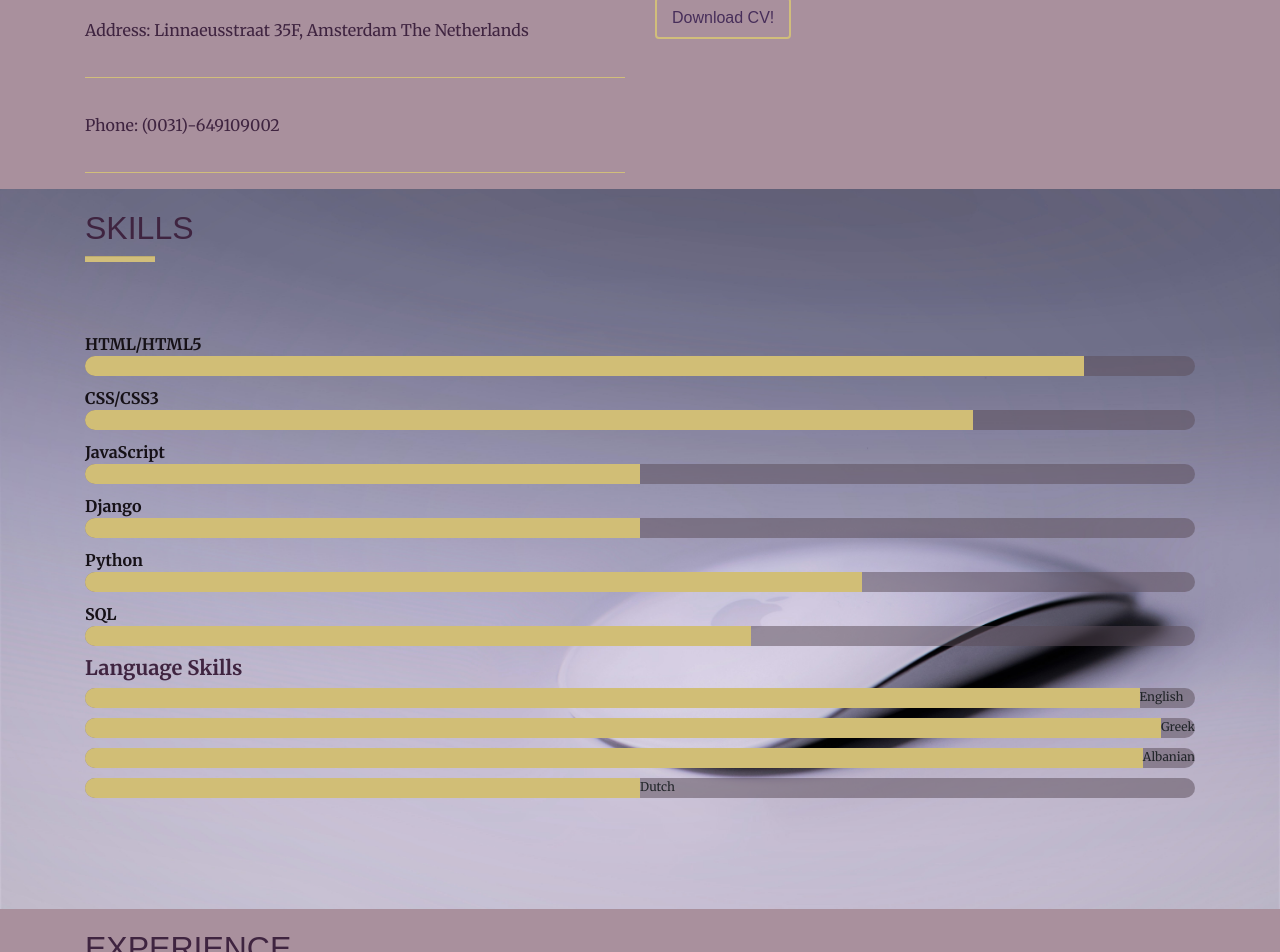
Repository: edshuli/Portfolio
Page: index.html
The author's editor kept a record of every edit. The page is drawn from the files as they stood at one moment, then again after the next edit.
The browser window is 1280 px wide. The pictures show the part of the page from y = 1019 to 1971 px (the page is 2177 px tall).
Backgrounds fixed to the window are drawn as part of the page. Some web fonts or font styles are not loaded; a fallback is used.

Above is the page before.

After the next edit:
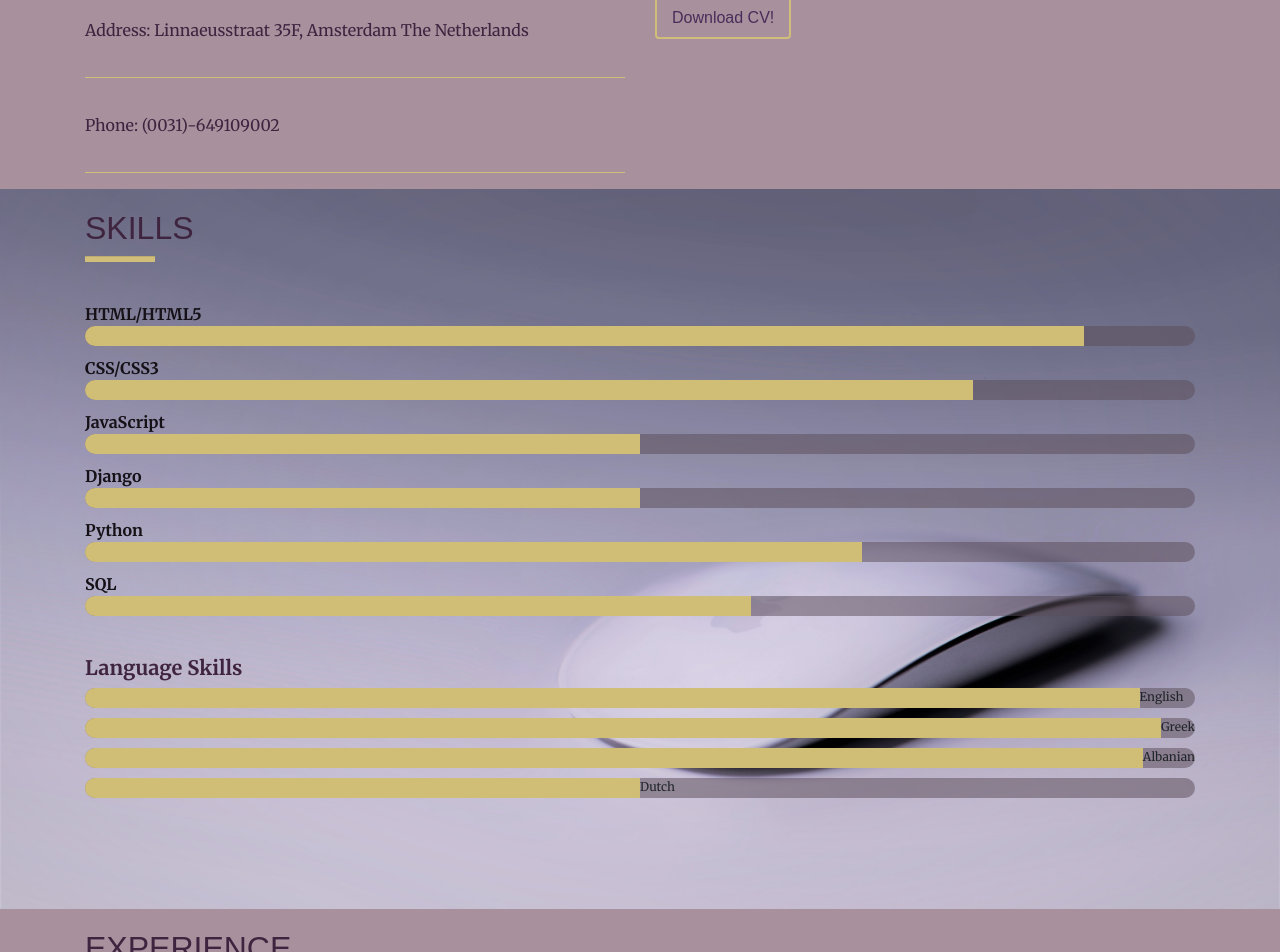
The edit:
--- a/assets/css/style.css
+++ b/assets/css/style.css
@@ -194,8 +194,9 @@
 }
 
 .skills-item-container{
-    margin-top:50px;
+    margin-top:20px;
    /* background-color: rgba(225, 225, 225, 0.28);*/
+   margin-bottom: 30px
 }
 
 .skill-item-desc {
